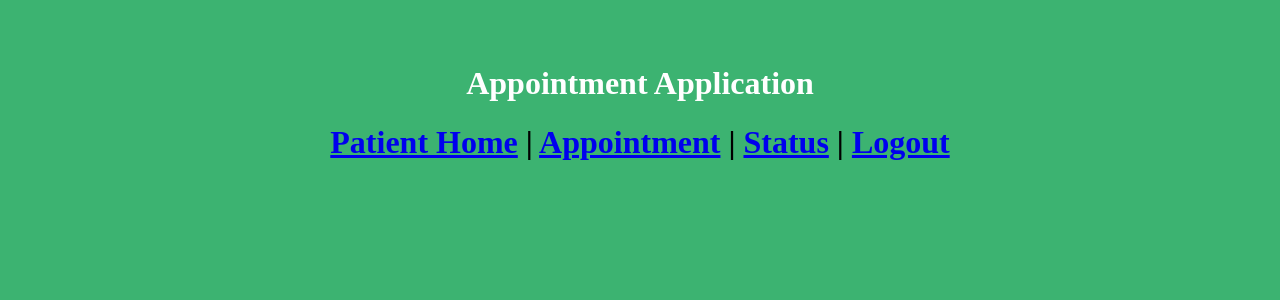
Repository: lsamirl/Exemples
Page: Doctor/WebContent/Doctor_home.html
An editor plug-in stored every save of this project. The page is shown before and after a run of saves, followed by the edit.
The browser window is 1280 px wide. The pictures show the whole page.

Above is the page before, as saved 2021-06-29 20:40:34.

### Doctor/WebContent/Doctor_home.html
<html>
<body bgcolor="MediumSeaGreen ">
<br><br>
<h1 align="center" style="color:white;">Appointment Application</h1>

<h1 align="center">
<a href="Patient_home.html">Patient Home</a> |
<a href="#">Appointment</a> |
<a href="#">Status</a> |
<a href="index.html">Logout</a>

</h1>
</body>
</html>

After the next 4 saves:
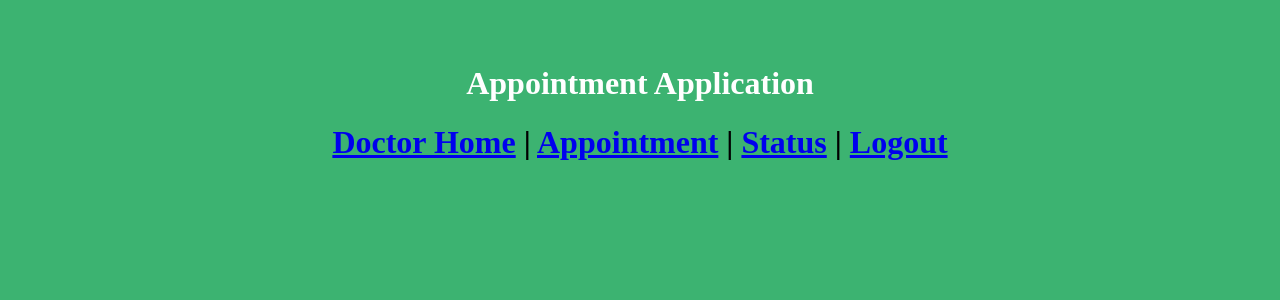
The 4 saves are shown as one change because 3 did not build or start.
The last was saved 8 min 2 s later.
--- a/Doctor/WebContent/Doctor_home.html
+++ b/Doctor/WebContent/Doctor_home.html
@@ -4,7 +4,7 @@
 <h1 align="center" style="color:white;">Appointment Application</h1>
 
 <h1 align="center">
-<a href="Patient_home.html">Patient Home</a> |
+<a href="Doctor_home.html">Doctor Home</a> |
 <a href="#">Appointment</a> |
 <a href="#">Status</a> |
 <a href="index.html">Logout</a>
